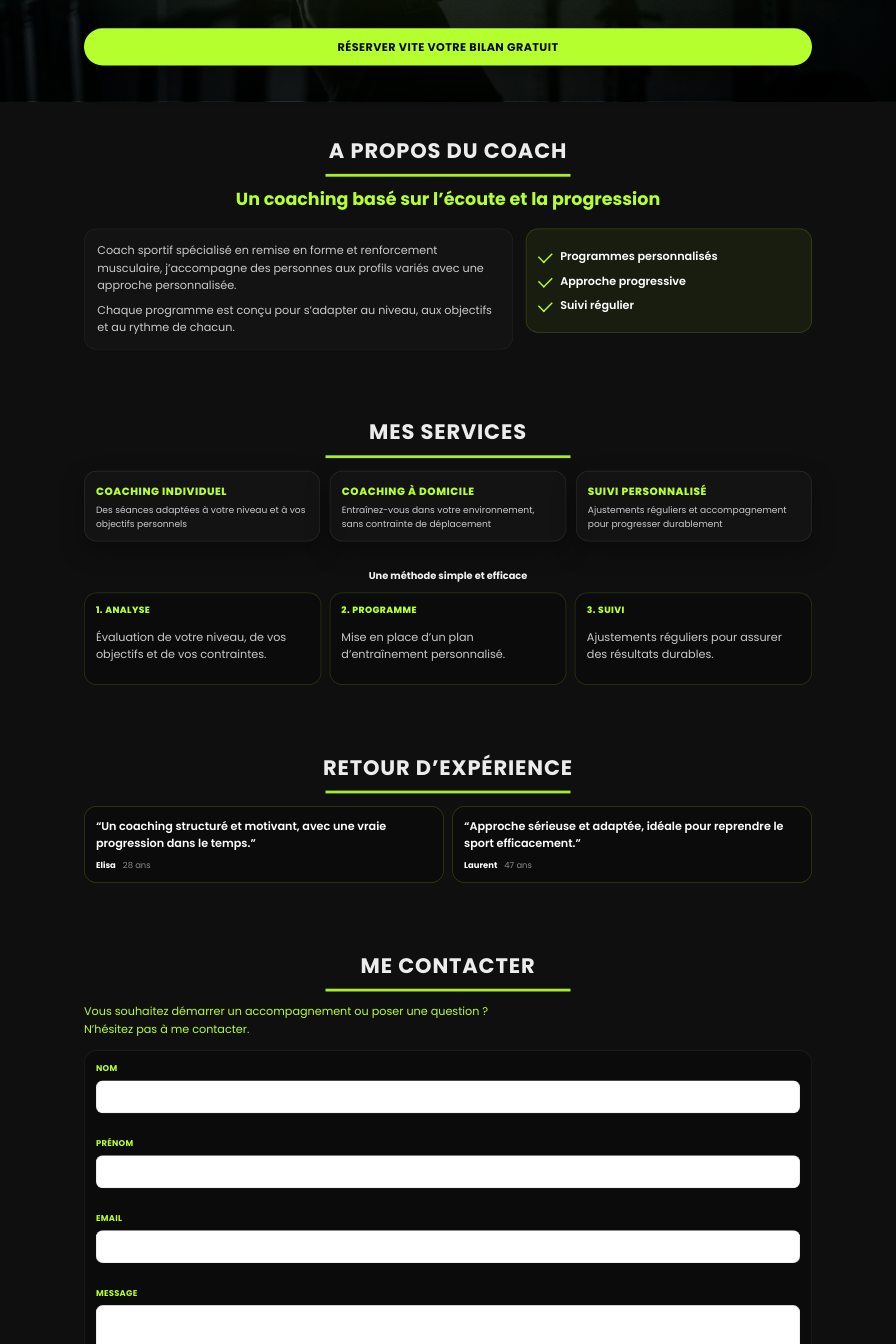
Repository: ThomasHdrd/CoachFitness
Page: index.html
An editor plug-in stored every save of this project. The page is shown before and after the next save, followed by the edit.
The browser window is 1280 px wide. The pictures show the part of the page from y = 369 to 2289 px (the page is 3091 px tall before and 3081 px after), at 70% of full size.

Above is the page before, as saved 2026-01-20 22:05:40.

After the next save:
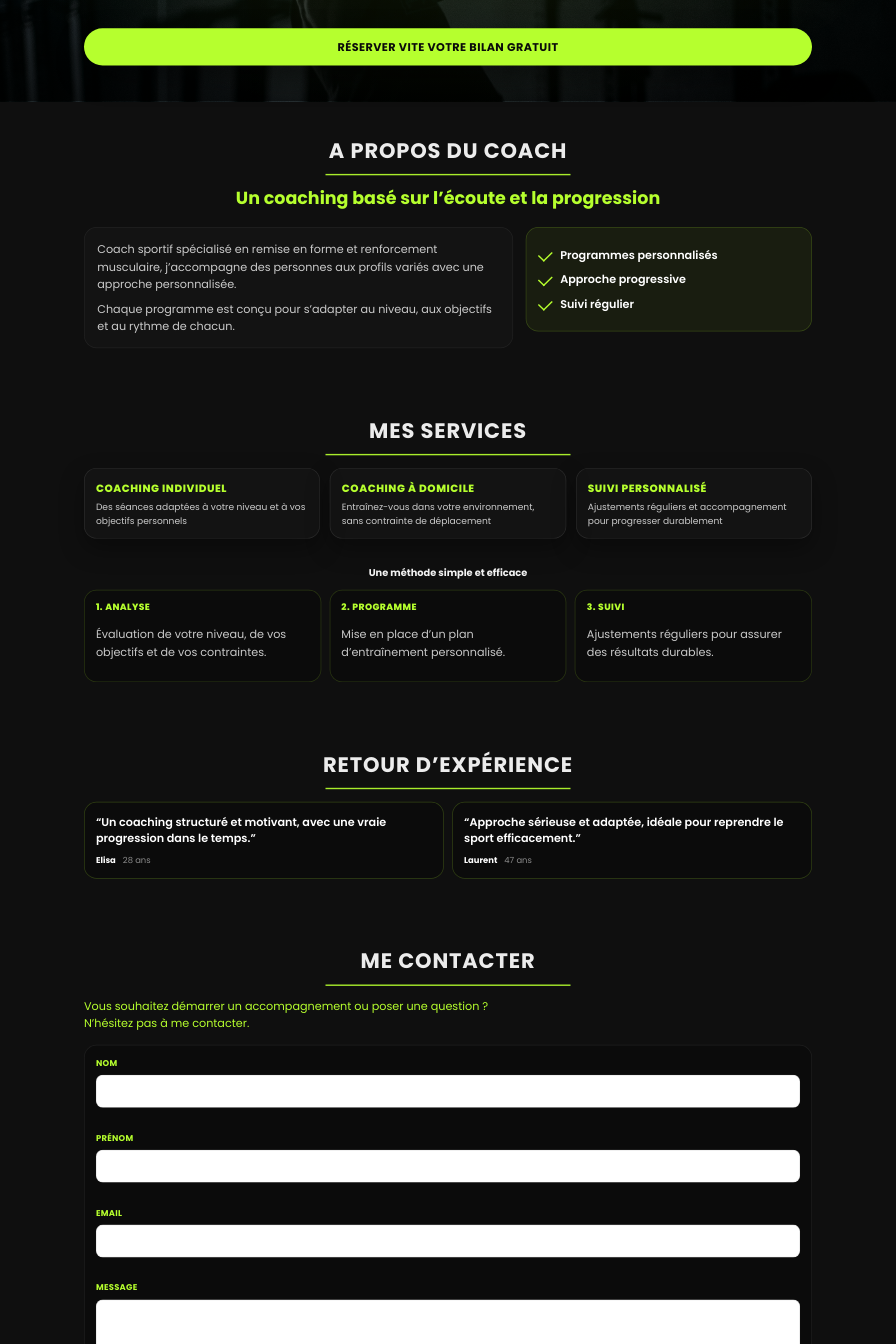
Saved 4 s later.
--- a/styles.css
+++ b/styles.css
@@ -218,7 +218,7 @@ body{
     content: "";
     display: block;
     width: 350px;
-    height: 4px;
+    height: 2px;
     background-color: var(--accent);
     margin: 10px auto 0;
 }
